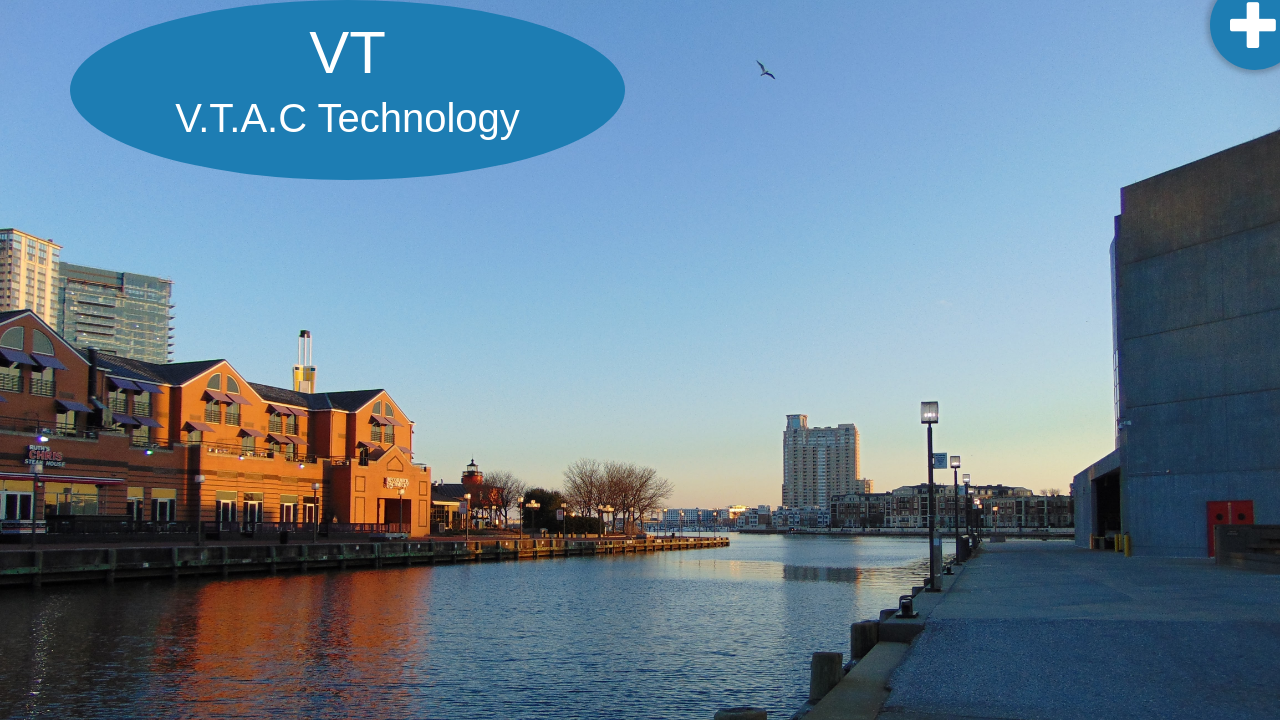
Repository: danidark9312/vtac
Page: http://localhost/vtacTechnology/
These files come from the project's save history. The page is drawn as it stood at one moment and after the next save; the edit follows.
The browser window is 1280 px wide. The pictures show the whole page.
The page is served by Tomcat 9.

Above is the page before, as saved 2017-01-30 18:05:48.
Console error (its wording comes from the project's code and is left out).

After the next save:
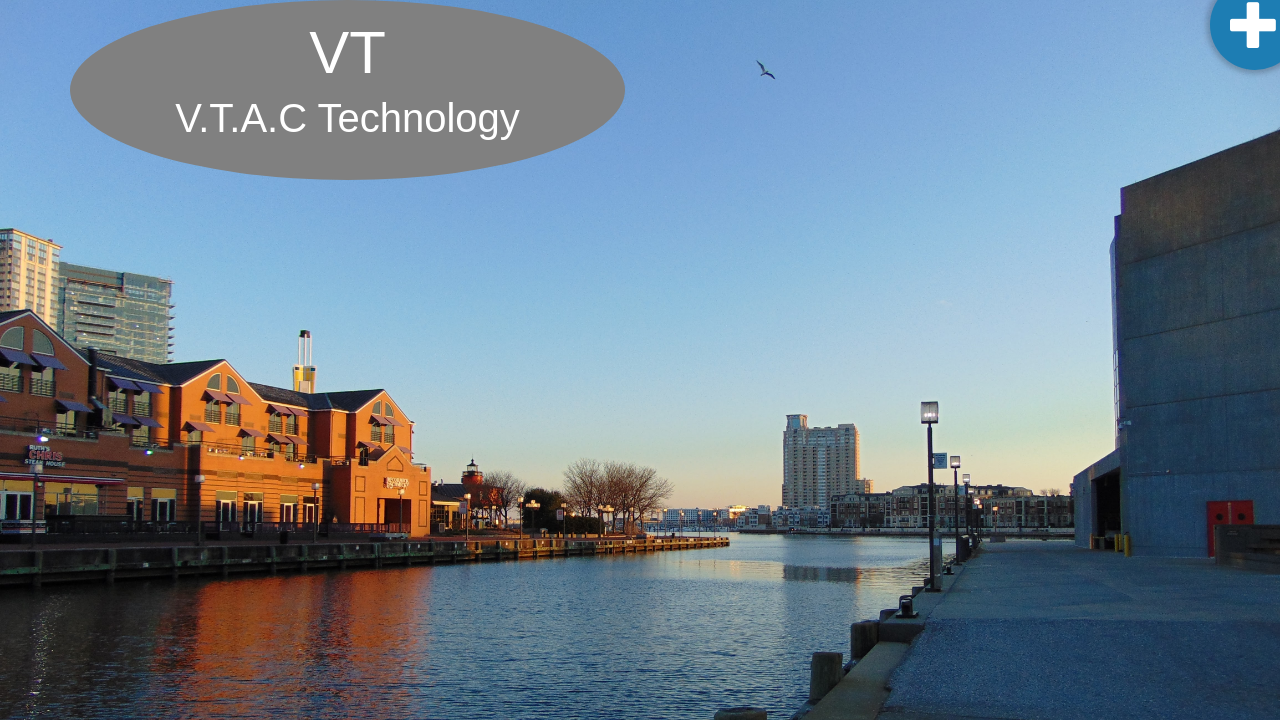
Saved 4 min 6 s later.
--- a/vtacTechnology/WebContent/css/common.css
+++ b/vtacTechnology/WebContent/css/common.css
@@ -87,7 +87,8 @@ body {
 .mainLogo{
 	    text-align: center;
     padding: 10px;
-    background-color: var(--main-color);
+    /* background-color: var(--main-color);*/
+    background-color: gray;
     color: white;
     border-radius: 50%;
 }
